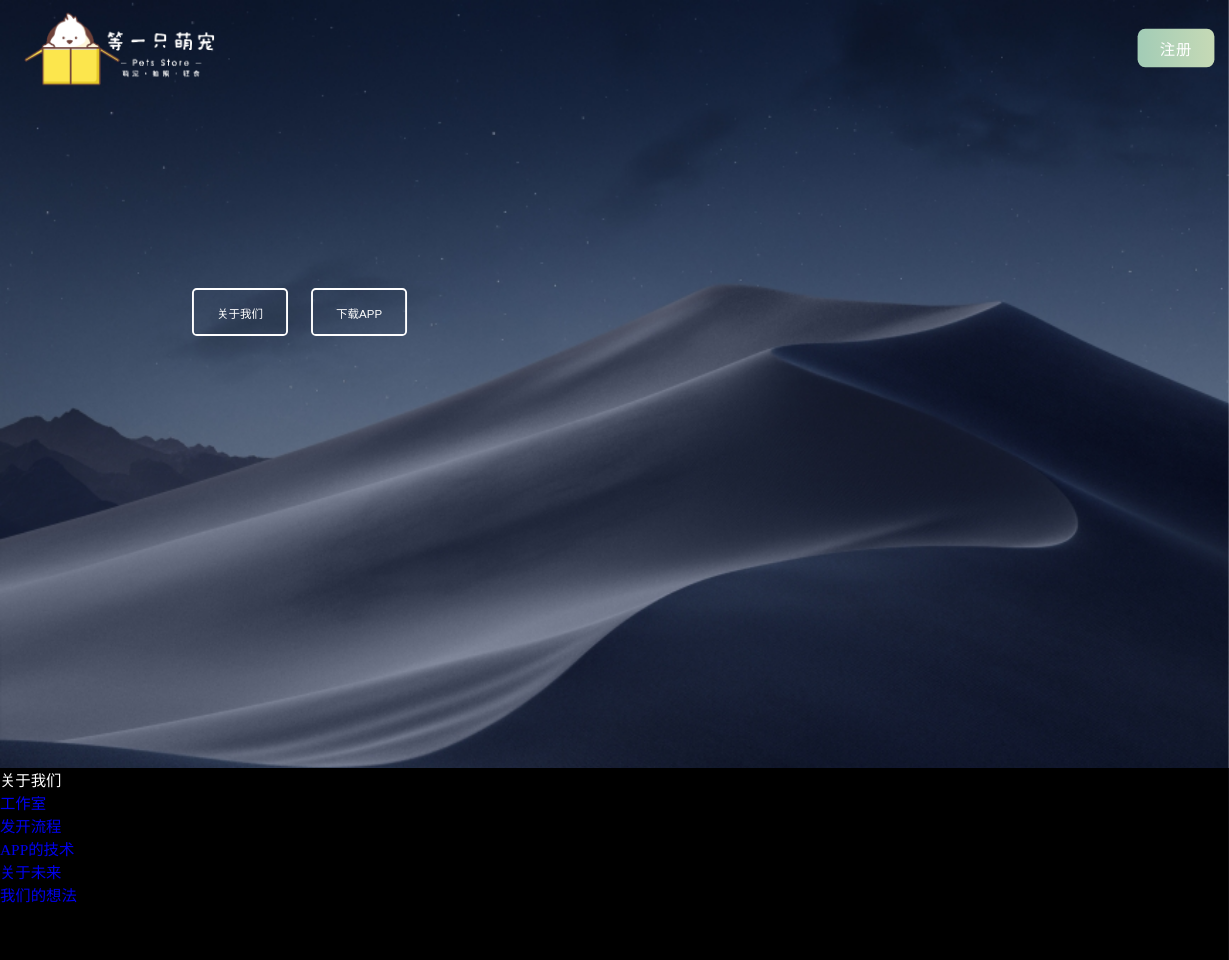
Repository: CHENCHAHA/app-
Page: index.html
The author's editor kept a copy of each file at every save. The page is drawn from the files as they stood at one save, then again after the next save.
The browser window is 1280 px wide. The pictures show the whole page, at 96% of full size.

Above is the page before, as saved 2022-02-20 17:11:36.

After the next save:
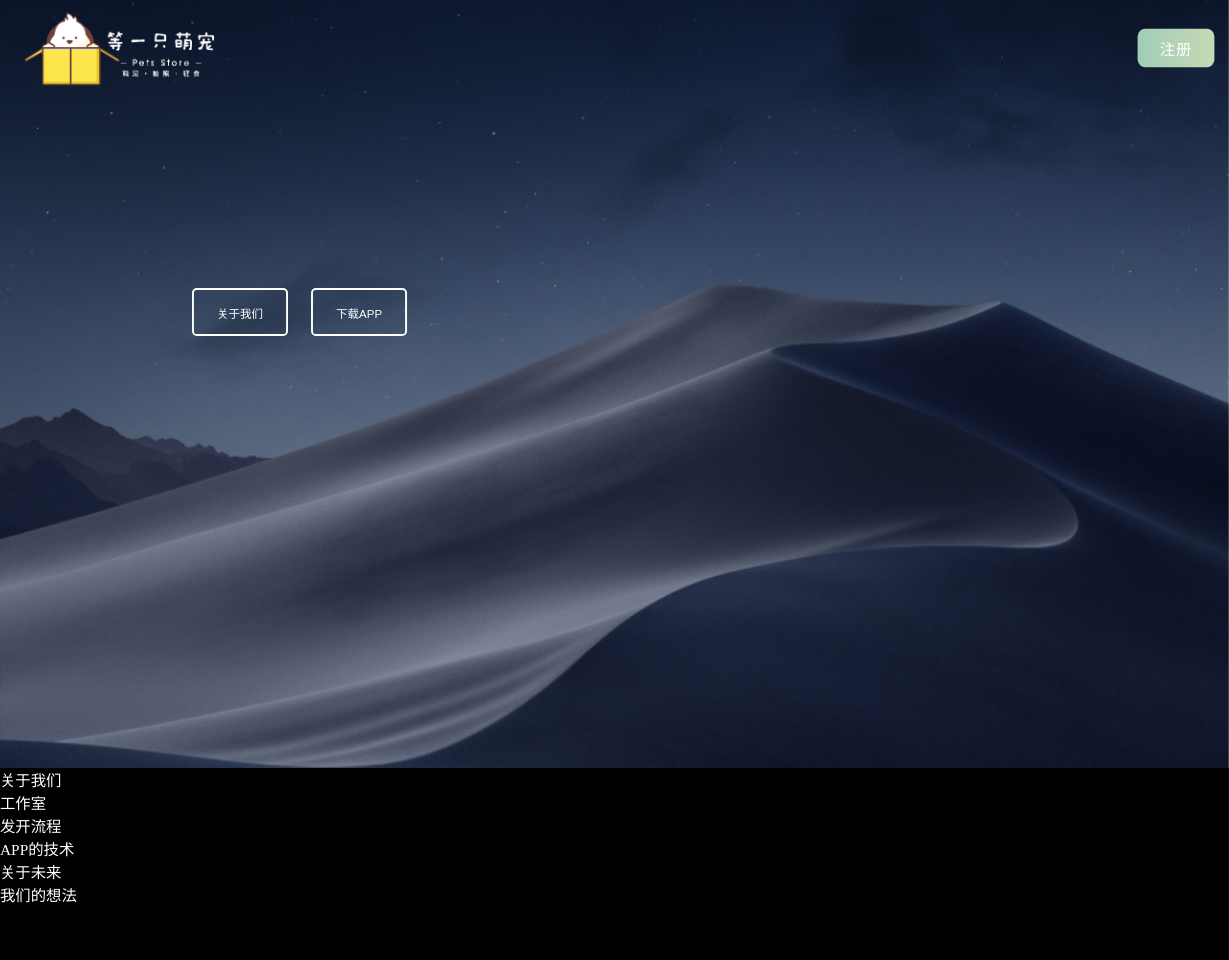
Saved 24 s later.
--- a/css/index.css
+++ b/css/index.css
@@ -181,8 +181,9 @@
 
 a {
     text-decoration: none;
+    color: #FFF;
 }
 
 a:hover {
-    color: #FFF;
+    color: #f27506;
 }
